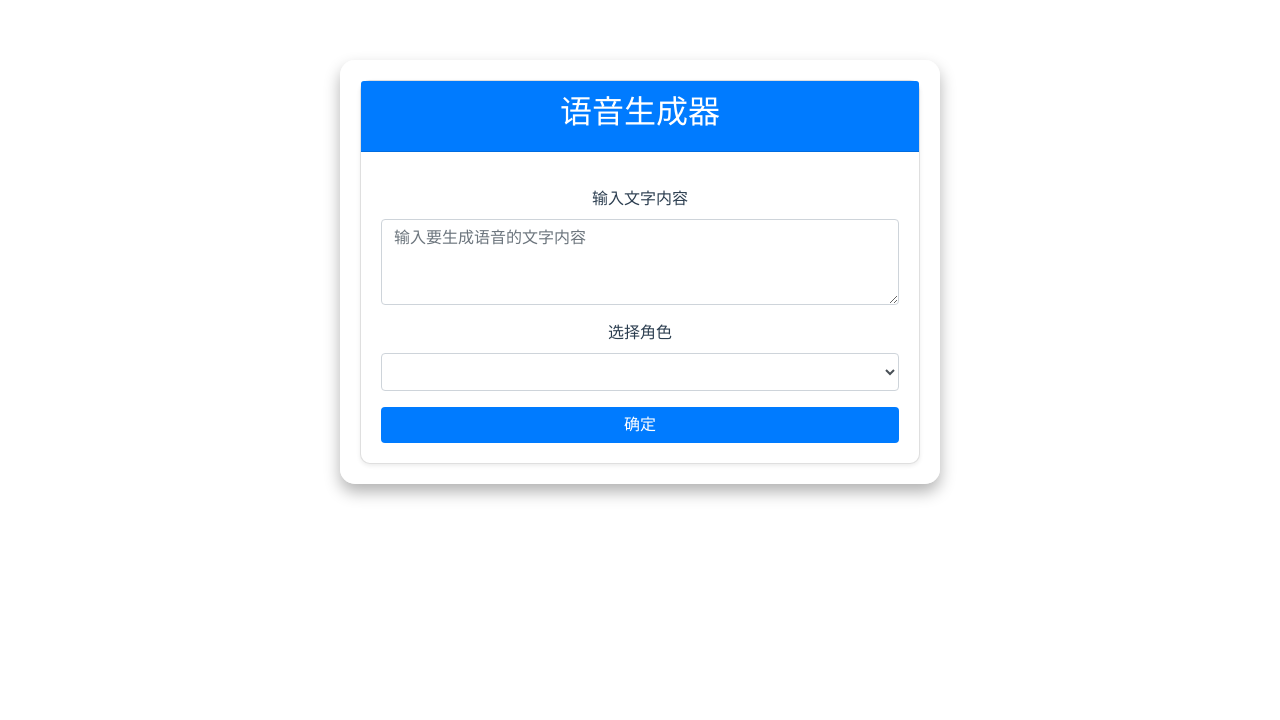
Repository: escapistmost/VOICE
Page: /
An editor plug-in stored every save of this project. The page is shown before and after the next save, followed by the edit.
The browser window is 1280 px wide. The pictures show the whole page.
The project was rebuilt for these pictures with package versions that can differ from the ones it lists, and the page was loaded fresh each time. Also part of the build but not shown: vue.config.js.

Above is the page before, as saved 2024-06-01 18:44:23.

After the next save:
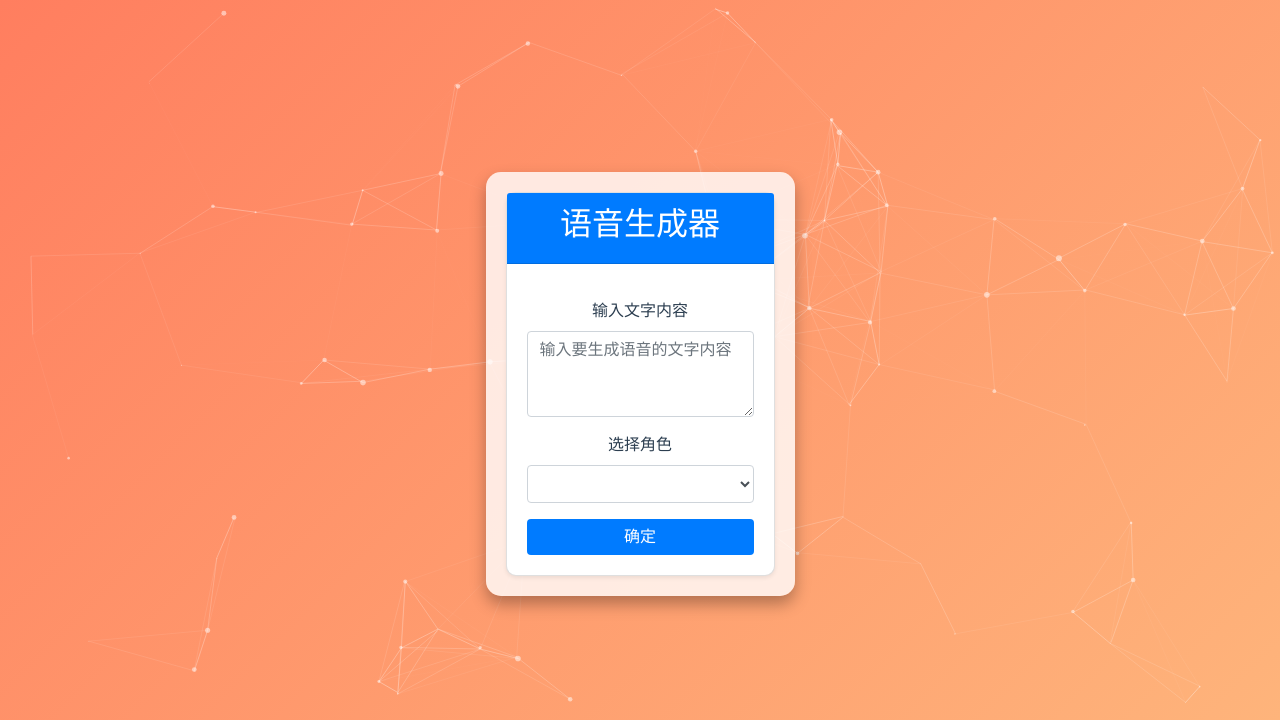
Saved 9 s later.
--- a/src/App.vue
+++ b/src/App.vue
@@ -1,5 +1,6 @@
 <template>
   <div id="app">
+    <div id="particles-js"></div>
     <VoiceGenerator />
   </div>
 </template>
@@ -11,6 +12,11 @@ export default {
   name: 'App',
   components: {
     VoiceGenerator
+  },
+  mounted() {
+    particlesJS.load('particles-js', '/particles.json', function() {
+      console.log('particles.js loaded - callback');
+    });
   }
 };
 </script>
@@ -22,6 +28,9 @@ export default {
   -moz-osx-font-smoothing: grayscale;
   text-align: center;
   color: #2c3e50;
-  margin-top: 60px;
+  height: 100vh;
+  display: flex;
+  justify-content: center;
+  align-items: center;
 }
 </style>
